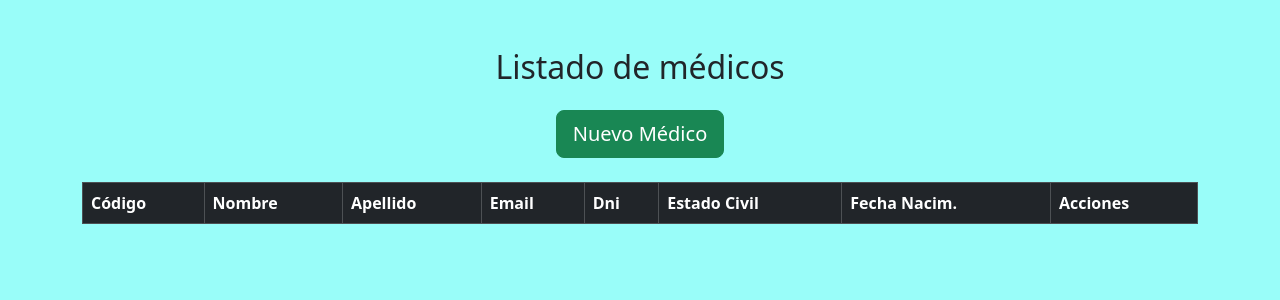
Repository: FernandoSanzPacheco/LPII_T3_SANZPACHECOFERNANDO
Page: http://localhost/Vistas/ListadoMedicos
An editor plug-in stored every save of this project. The page is shown before and after the next save, followed by the edit.
The browser window is 1280 px wide. The pictures show the whole page.
The page is this project's Thymeleaf template; nobody is signed in. The template is opened directly, without the code that normally fills it, so the values that code supplies are empty.

Above is the page before, as saved 2025-02-20 03:58:57.

### LPII_T3_SANZPACHECOFERNANDO/src/main/resources/templates/Vistas/ListadoMedicos.html
<!DOCTYPE html>
<html xmlns:th="http://www.thymeleaf.org">

<head>
    <meta charset="UTF-8">
    <meta name="viewport" content="width=device-width, initial-scale=1.0">
    <title>Listado de médicos</title>

    <!-- Bootstrap 5.3.3 CSS -->
    <link rel="stylesheet" href="https://cdn.jsdelivr.net/npm/bootstrap@5.3.3/dist/css/bootstrap.min.css">

    <style>
        body {
            background-color: #99fdf9;
        }
    </style>
</head>

<body>

    <div class="container mt-5">
        <h2 class="text-center mb-4">Listado de médicos</h2>

        <div class="text-center mb-4">
            <a th:href="@{/Vistas/RegistrarMedico}" class="btn btn-success btn-lg">
                Nuevo Médico
            </a>
        </div>

        <div class="table-responsive">
            <table class="table table-bordered table-hover table-striped">
                <thead class="table-dark">
                    <tr>
                        <th>Código</th>
                        <th>Nombre</th>
                        <th>Apellido</th>
                        <th>Email</th>
                        <th>Dni</th>
                        <th>Estado Civil</th>
                        <th>Fecha Nacim.</th>
                        <th>Acciones</th>
                    </tr>
                </thead>
                <tbody>
                    <th:block th:each="p : ${listado}">
                        <tr>
                            <td th:text="${p.idmedicot3}"></td>
                            <td th:text="${p.nombret3}"></td>
                            <td th:text="${p.apellidot3}"></td>
                            <td th:text="${p.emailt3}"></td>
                            <td th:text="${p.dnit3}"></td>
                            <td th:text="${p.estadocivilt3}"></td>
                            <td th:text="${#dates.format(p.fechanacimt3, 'dd/MM/yyyy')}"></td>
                            <td>
                                <a th:href="@{/Vistas/Editarmedico/}+${p.idmedicot3}" class="btn btn-warning btn-sm">
                                    Editar
                                </a>
                                <a th:href="@{/Vistas/Eliminarmedico/}+${p.idmedicot3}"
                                   class="btn btn-danger btn-sm"
                                   onclick="return confirm('¿Estás seguro de eliminar este médico?');">
                                    Eliminar
                                </a>
                            </td>
                        </tr>
                    </th:block>
                </tbody>
            </table>
        </div>
    </div>

    <!-- Bootstrap 5.3.3 JS -->
    <script src="https://cdn.jsdelivr.net/npm/bootstrap@5.3.3/dist/js/bootstrap.bundle.min.js"></script>

</body>
</html>

After the next save:
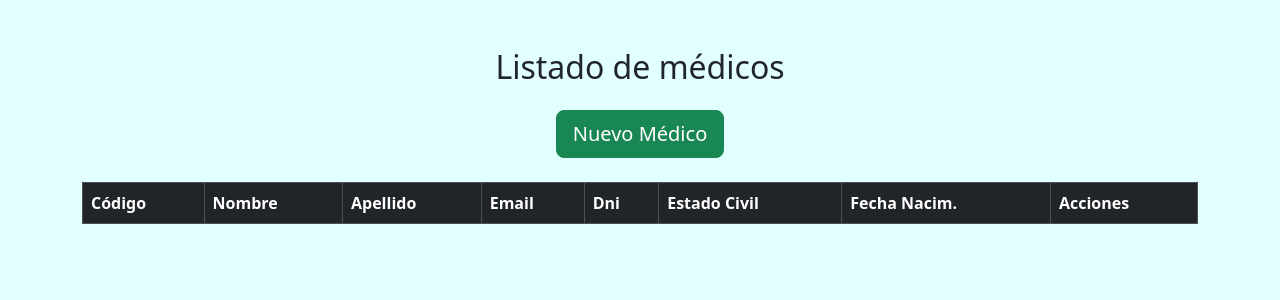
Saved 5 s later.
--- a/LPII_T3_SANZPACHECOFERNANDO/src/main/resources/templates/Vistas/ListadoMedicos.html
+++ b/LPII_T3_SANZPACHECOFERNANDO/src/main/resources/templates/Vistas/ListadoMedicos.html
@@ -11,7 +11,7 @@
 
     <style>
         body {
-            background-color: #99fdf9;
+            background-color: #e0fffe ;
         }
     </style>
 </head>
